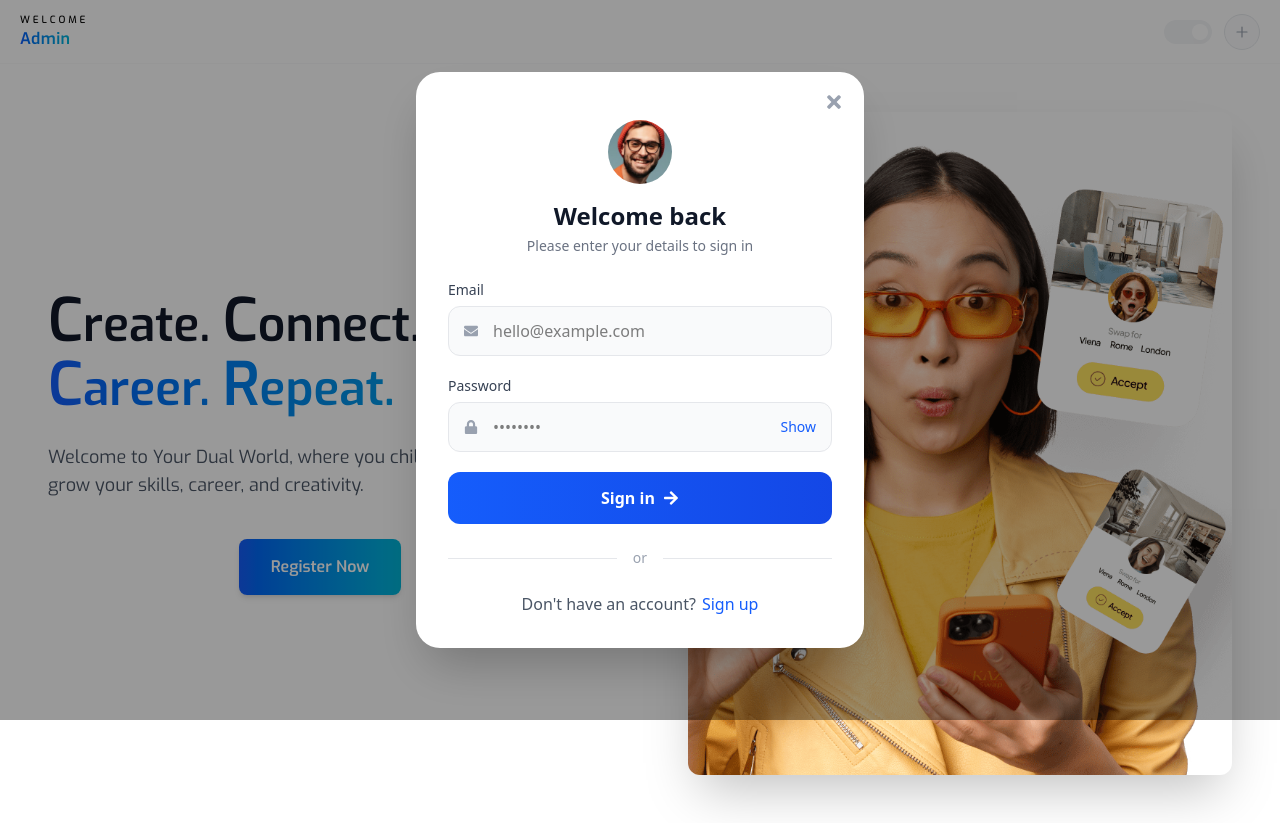
Repository: deepak445566/job
Page: / (app in frontend/), after clicking the first element matching `button.group`
An editor plug-in stored every save of this project. The page is shown before and after the next save, followed by the edit.
The browser window is 1280 px wide. The pictures show the whole page.
The page's requests for data from a server got no answer. Some web fonts or font styles are not loaded; a fallback is used. The project was rebuilt for these pictures with package versions that can differ from the ones it lists, and the page was loaded fresh each time. Some packages were replaced by stand-ins written for this rebuild. No one was signed in, and anything a server would have sent is missing. Also part of the build but not shown: frontend/vite.config.js, frontend/src/Components/study/StudyDashboard.jsx, frontend/src/Components/chill/ChillDashboard.jsx.

Above is the page before, as saved 2026-02-26 14:34:14.

### frontend/index.html
<!doctype html>
<html lang="en">
  <head>
    <meta charset="UTF-8" />
    <link rel="icon" type="image/svg+xml" href="/vite.svg" />
    <meta name="viewport" content="width=device-width, initial-scale=1.0" />
    <title>frontend</title>
    <link rel="preconnect" href="https://fonts.googleapis.com">
<link rel="preconnect" href="https://fonts.gstatic.com" crossorigin>
<link href="https://fonts.googleapis.com/css2?family=Exo:ital,wght@0,100..900;1,100..900&family=Playfair+Display:ital,wght@0,400..900;1,400..900&display=swap" rel="stylesheet">
  </head>
  <body>
    <div id="root"></div>
    <script type="module" src="/src/main.jsx"></script>
  </body>
</html>

### frontend/src/main.jsx
import { StrictMode } from 'react'
import { createRoot } from 'react-dom/client'
import './index.css'
import App from './App.jsx'
import {BrowserRouter} from 'react-router-dom'
import { AppContextProvider } from './context/AppContextProvider.jsx'




createRoot(document.getElementById('root')).render(
  <BrowserRouter>
  <AppContextProvider>
  <StrictMode>
    <App />
  </StrictMode>
  </AppContextProvider>
  </BrowserRouter>
)

### frontend/src/index.css
@import "tailwindcss";
.exo{
  font-family: "Exo", sans-serif;

  font-style: normal;
}

### frontend/src/App.jsx
import React from "react";
import Login from "./Components/auth/Login";
import { Route, Routes } from "react-router-dom";
import Dashboard from "./Components/Dashboard";
import { useAppContext } from "./context/AppContextProvider";
import Navbar from "./Components/common/Navbar";

function App() {
  const { showLogin } = useAppContext(); // user bhi lein context se

  return (
    <div>
      {/* Navbar hamesha dikhega */}
      <Navbar />

      {/* Login modal - tabhi dikhega jab showLogin true ho */}
      {showLogin && <Login />}

      <Routes>
        <Route path="/" element={<Dashboard />} />
      </Routes>
    </div>
  );
}

export default App;

### frontend/src/context/AppContextProvider.jsx
import { useContext, useEffect, useState } from "react";
import { useNavigate } from "react-router-dom";
import axios from "axios";
import { AppContext } from "./AppContext";
import toast from 'react-hot-toast';

axios.defaults.withCredentials = true;
axios.defaults.baseURL = import.meta.env.VITE_BACKEND_URL;
console.log("Base URL:", import.meta.env.VITE_BACKEND_URL);

export const AppContextProvider = ({ children }) => {
  const navigate = useNavigate();
  const [user, setUser] = useState(null);
  const [mode, setMode] = useState('chill'); // Default 'chill' ya 'study'
  const [showLogin, setShowLogin] = useState(false);
  const [loading, setLoading] = useState(true);

  const fetchUser = async () => {
    try {
      const { data } = await axios.get("/api/auth/isauth");
      if (data.success) {
        setUser(data.user);
        // User login hai toh uski mode fetch karo
        fetchUserMode();
      }
    } catch (error) {
      setUser(null);
    } finally {
      setLoading(false);
    }
  };

  // User ka mode fetch karne ka function
  const fetchUserMode = async () => {
    try {
      const { data } = await axios.get("/api/mode/");
      if (data.success) {
        setMode(data.mode);
      }
    } catch (error) {
      console.log("Error fetching mode:", error);
    }
  };

  // Mode toggle karne ka function
  const toggleMode = async () => {
    if (!user) {
      toast.error("Please login first");
      setShowLogin(true);
      return;
    }

    try {
      const { data } = await axios.put("/api/mode/switch");
      if (data.success) {
        setMode(data.mode);
        toast.success(data.message);
      }
    } catch (error) {
      toast.error(error.response?.data?.message || "Error switching mode");
    }
  };

  useEffect(() => {
    fetchUser();
  }, []);

  return (
    <AppContext.Provider
      value={{
        navigate,
        user,
        setUser,
        axios,
        setShowLogin,
        showLogin,
        mode,
        setMode,
        toggleMode,
        loading
      }}
    >
      {children}
    </AppContext.Provider>
  );
};

export const useAppContext = () => useContext(AppContext);

### frontend/src/Components/auth/Login.jsx
import React from "react";
import toast from "react-hot-toast";
import { useAppContext } from "../../context/AppContextProvider";
import {
  FaEnvelope,
  FaLock,
  FaTimes,
  FaArrowRight,
  FaUser,
} from "react-icons/fa";

function Login() {
  const { setShowLogin, setUser, axios, navigate } = useAppContext();
  const [state, setState] = React.useState("login");
  const [username, setUsername] = React.useState("");
  const [email, setEmail] = React.useState("");
  const [password, setPassword] = React.useState("");
  const [showPassword, setShowPassword] = React.useState(false);
  const [isLoading, setIsLoading] = React.useState(false);

  const onSubmitHandle = async (e) => {
    e.preventDefault();
    setIsLoading(true);

    try {
      let payload = {};

      if (state === "register") {
        payload = { username, email, password };
      } else {
        payload = { email, password };
      }

      const { data } = await axios.post(`/api/auth/${state}`, payload);

      if (data.success) {
        toast.success(
          state === "login"
            ? "Welcome back! 👋"
            : "Account created successfully! 🎉",
        );
        navigate("/");
        setUser(data.user);
        setShowLogin(false);
      } else {
        toast.error(data.message);
      }
    } catch (error) {
      toast.error(error.response?.data?.message || error.message);
    } finally {
      setIsLoading(false);
    }
  };

  return (
    <div
      onClick={() => setShowLogin(false)}
      className="fixed inset-0 z-50 flex items-center justify-center bg-black/40 p-4"
    >
      <div
        onClick={(e) => e.stopPropagation()}
        className="relative w-full max-w-md bg-white rounded-3xl shadow-2xl overflow-hidden animate-slideUp"
      >
        {/* Simple Close Button */}
        <button
          onClick={() => setShowLogin(false)}
          className="absolute top-5 right-5 text-gray-400 hover:text-gray-600 transition-colors z-10"
        >
          <FaTimes size={20} />
        </button>

        {/* Simple Header */}
        <div className="pt-12 pb-6 px-8 text-center">
          <div className="w-16 h-16 mx-auto mb-4 flex items-center justify-center">
         <img src="/images/log.jpg" className="rounded-full"/>
          </div>
          <h2 className="text-2xl font-semibold text-gray-900">
            {state === "login" ? "Welcome back" : "Create account"}
          </h2>
          <p className="text-gray-500 text-sm mt-1">
            {state === "login"
              ? "Please enter your details to sign in"
              : "Please fill in the details to get started"}
          </p>
        </div>

        {/* Form Section */}
        <div className="px-8 pb-8">
          <form onSubmit={onSubmitHandle} className="space-y-5">
            {state === "register" && (
              <div>
                <label className="block text-sm font-medium text-gray-700 mb-1.5">
                  Full Name
                </label>
                <div className="relative">
                  <FaUser className="absolute left-4 top-1/2 -translate-y-1/2 text-gray-400 text-sm" />
                  <input
                    type="text"
                    value={username}
                    onChange={(e) => setUsername(e.target.value)}
                    placeholder="John Doe"
                    className="w-full pl-11 pr-4 py-3 bg-gray-50 border border-gray-200 rounded-xl focus:bg-white focus:border-blue-500 focus:ring-1 focus:ring-blue-500 outline-none transition-all"
                    required
                  />
                </div>
              </div>
            )}

            <div>
              <label className="block text-sm font-medium text-gray-700 mb-1.5">
                Email
              </label>
              <div className="relative">
                <FaEnvelope className="absolute left-4 top-1/2 -translate-y-1/2 text-gray-400 text-sm" />
                <input
                  type="email"
                  value={email}
                  onChange={(e) => setEmail(e.target.value)}
                  placeholder="hello@example.com"
                  className="w-full pl-11 pr-4 py-3 bg-gray-50 border border-gray-200 rounded-xl focus:bg-white focus:border-blue-500 focus:ring-1 focus:ring-blue-500 outline-none transition-all"
                  required
                />
              </div>
            </div>

            <div>
              <label className="block text-sm font-medium text-gray-700 mb-1.5">
                Password
              </label>
              <div className="relative">
                <FaLock className="absolute left-4 top-1/2 -translate-y-1/2 text-gray-400 text-sm" />
                <input
                  type={showPassword ? "text" : "password"}
                  value={password}
                  onChange={(e) => setPassword(e.target.value)}
                  placeholder="••••••••"
                  className="w-full pl-11 pr-24 py-3 bg-gray-50 border border-gray-200 rounded-xl focus:bg-white focus:border-blue-500 focus:ring-1 focus:ring-blue-500 outline-none transition-all"
                  required
                />
                <button
                  type="button"
                  onClick={() => setShowPassword(!showPassword)}
                  className="absolute right-4 top-1/2 -translate-y-1/2 text-sm font-medium text-blue-600 hover:text-blue-700"
                >
                  {showPassword ? "Hide" : "Show"}
                </button>
              </div>
            </div>



            <button
              type="submit"
              disabled={isLoading}
              className="w-full py-3.5 px-4 bg-gradient-to-r from-blue-600 to-blue-700 hover:from-blue-700 hover:to-blue-800 text-white font-semibold rounded-xl transition-all transform hover:scale-[1.02] focus:ring-2 focus:ring-blue-500 focus:ring-offset-2 disabled:opacity-70 disabled:cursor-not-allowed flex items-center justify-center gap-2 group"
            >
              {isLoading ? (
                <div className="w-5 h-5 border-2 border-white border-t-transparent rounded-full animate-spin" />
              ) : (
                <>
                  <span>{state === "login" ? "Sign in" : "Create account"}</span>
                  <FaArrowRight className="group-hover:translate-x-1 transition-transform" />
                </>
              )}
            </button>

            {/* Divider */}
            <div className="relative my-6">
              <div className="absolute inset-0 flex items-center">
                <div className="w-full border-t border-gray-200"></div>
              </div>
              <div className="relative flex justify-center text-sm">
                <span className="px-4 bg-white text-gray-400">or</span>
              </div>
            </div>

            {/* Toggle between login/register */}
            <div className="text-center">
              <p className="text-gray-600">
                {state === "login" ? "Don't have an account?" : "Already have an account?"}
                <button
                  onClick={() => setState(state === "login" ? "register" : "login")}
                  className="ml-1.5 text-blue-600 hover:text-blue-700 font-medium"
                >
                  {state === "login" ? "Sign up" : "Sign in"}
                </button>
              </p>
            </div>
          </form>
        </div>
      </div>

      <style jsx>{`
        @keyframes slideUp {
          from {
            opacity: 0;
            transform: translateY(20px);
          }
          to {
            opacity: 1;
            transform: translateY(0);
          }
        }
        .animate-slideUp {
          animation: slideUp 0.4s ease-out;
        }
      `}</style>
    </div>
  );
}

export default Login;

### frontend/src/Components/Dashboard.jsx
// components/Dashboard.jsx
import React from 'react';
import { useAppContext } from '../context/AppContextProvider';
import StudyDashboard from './study/StudyDashboard';
import ChillDashboard from './chill/ChillDashboard';

function Dashboard() {
  const { mode, user, setShowLogin, loading } = useAppContext();

  // Loading state
  if (loading) {
    return (
      <div className="min-h-screen flex items-center justify-center">
        <div className="text-center">
          <div className="w-16 h-16 border-4 border-blue-500 border-t-transparent rounded-full animate-spin mx-auto mb-4"></div>
          <p className="text-gray-600">Loading dashboard...</p>
        </div>
      </div>
    );
  }

  // Agar user login nahi hai
  if (!user) {
    return (
     <div className="min-h-screen  flex items-center justify-center  exo">

      <div className=" w-full   rounded-2xl overflow-hidden flex flex-col md:flex-row">

        {/* Left side: Text and button */}
        <div className="w-full md:w-1/2 p-5 sm:p-10 lg:p-12 flex flex-col justify-center space-y-6">
          {/* Heading */}
          <h1 className="text-4xl sm:text-5xl font-semibold text-gray-900 leading-tight">
           <span className='text-6xl'>C</span>reate.  <span className='text-6xl'>C</span>onnect.
            <span className="text-transparent bg-clip-text bg-gradient-to-r from-blue-600 to-cyan-500 block ">
             <span className='text-6xl'>C</span>areer.  <span className='text-6xl exo'>R</span>epeat.
            </span>
          </h1>

          {/* Paragraph */}
          <p className="text-lg text-gray-600 ">
           Welcome to Your Dual World, where you chill, learn, connect, and grow your skills, career, and creativity.
          </p>

          {/* Register Now Button */}
          <div className="pt-4 flex justify-center">
            <button onClick={()=>setShowLogin(true)} className="px-8 py-4 bg-gradient-to-r from-blue-600 to-cyan-500 text-white font-semibold rounded-lg shadow-md hover:shadow-lg transform hover:scale-105 transition-all duration-300 ease-in-out focus:outline-none focus:ring-2 focus:ring-blue-400 focus:ring-offset-2">
              Register Now
            </button>
          </div>


        </div>

        {/* Right side: Image */}
        <div className="w-full md:w-1/2  flex items-center justify-center p-3 sm:p-10 lg:p-12">

          <img
            src="/images/m.png"
            alt="Hero visual representing our platform"
            className="w-full h-auto rounded-xl shadow-2xl object-cover transform hover:scale-105 transition-transform duration-500"
          />
        </div>
      </div>
    </div>
    );
  }

  // Mode ke hisaab se dashboard render karo
  return (
    <div className="transition-all duration-500">
      {mode === 'study' ? <StudyDashboard /> : <ChillDashboard />}
    </div>
  );
}

export default Dashboard;

### frontend/src/Components/common/Navbar.jsx
import React, { useState } from "react";
import { useAppContext } from "../../context/AppContextProvider";
import toast from "react-hot-toast";

function Navbar() {
  const { user, setUser, axios, setShowLogin, navigate, mode, toggleMode } =
    useAppContext();
  const [loggingOut, setLoggingOut] = useState(false);
  const [togglingMode, setTogglingMode] = useState(false);
  const [showProfileMenu, setShowProfileMenu] = useState(false);

  const handleLogout = async () => {
    try {
      setLoggingOut(true);
      const { data } = await axios.post("/api/auth/logout");
      if (data.success) {
        setUser(null);
        setShowLogin(true);
        toast.success("Logged out successfully");
        navigate("/");
      } else {
        toast.error(data.message || "Logout failed");
      }
    } catch (error) {
      toast.error(error.response?.data?.message || "Error logging out");
    } finally {
      setLoggingOut(false);
      setShowProfileMenu(false);
    }
  };

  const handleToggleMode = async () => {
    try {
      setTogglingMode(true);
      await toggleMode();
    } catch (error) {
      console.error("Error toggling mode:", error);
    } finally {
      setTogglingMode(false);
    }
  };

  const handleProfileClick = () => {
    if (user) {
      setShowProfileMenu(!showProfileMenu);
    } else {
      setShowLogin(true);
    }
  };

  // Get first letter of name for avatar
  const getInitial = () => {
    if (user?.username) return user.username[0].toUpperCase();
    if (user?.email) return user.email[0].toUpperCase();
    return 'K';
  };

  return (
    <nav className="bg-white/80 backdrop-blur-xl px-5 py-3 border-b border-gray-100/50 sticky top-0 z-50 exo">
      <div className="flex justify-between items-center max-w-7xl mx-auto">
        {/* Left Side - Minimal Luxury Greeting */}
        <div className="flex items-center gap-4">


          {/* Name with exquisite typography */}
          <div className="flex flex-col">
            <span className="text-[10px] uppercase tracking-[0.3em] text-black font-medium">
              Welcome
            </span>
            <div className="flex items-center gap-2">
              <span className="text-base font-semibold text-transparent bg-clip-text  bg-gradient-to-r from-blue-600 to-cyan-500 tracking-wide">
                {user?.username || user?.email?.split('@')[0] || 'Admin'}
              </span>
              {user && (
                <span className="w-1 h-1 bg-gray-300 rounded-full"></span>
              )}
            </div>
          </div>
        </div>

        {/* Right Side - Ultra Minimal Actions */}
        <div className="flex items-center gap-3">
          {/* Mode Toggle - Refined Switch */}
          <button
            onClick={handleToggleMode}
            disabled={togglingMode || !user}
            className={`relative w-12 h-6 rounded-full transition-all duration-700 ${
              user
                ? mode === 'study'
                  ? 'bg-gray-900'
                  : 'bg-gray-400'
                : 'bg-gray-100 cursor-not-allowed'
            }`}
            title={!user ? "Login to switch mode" : `Switch to ${mode === 'study' ? 'Chill' : 'Study'}`}
          >
            <span
              className={`absolute top-1 left-1 w-4 h-4 bg-white rounded-full shadow-xl transform transition-all duration-500 ease-in-out ${
                mode === 'chill' ? 'translate-x-6' : ''
              }`}
            />
          </button>

          {/* Profile - Museum Quality */}
          <div className="relative">
            <button
              onClick={handleProfileClick}
              className="group relative focus:outline-none"
            >
              {/* Ultra subtle ring */}
              {user && (
                <div className="absolute -inset-0.5 bg-gradient-to-r from-gray-200 to-gray-300 rounded-full opacity-0 group-hover:opacity-100 transition-opacity duration-500 blur-[1px]"></div>
              )}

              {/* Minimal Avatar */}
              <div className={`relative w-9 h-9 rounded-full flex items-center justify-center transition-all duration-300 ${
                user
                  ? 'bg-gray-900 text-white border border-white/20'
                  : 'bg-gray-50 text-gray-400 border border-gray-200'
              }`}>
                {user ? (
                  <span className="text-xs font-light tracking-wider">{getInitial()}</span>
                ) : (
                  <svg width="16" height="16" viewBox="0 0 16 16" fill="none" xmlns="http://www.w3.org/2000/svg">
                    <path d="M8 3V13M3 8H13" stroke="currentColor" strokeWidth="1.2" strokeLinecap="round"/>
                  </svg>
                )}
              </div>
            </button>

            {/* Profile Menu - Minimal Luxury Dropdown */}
            {showProfileMenu && user && (
              <>
                {/* Backdrop */}
                <div
                  className="fixed inset-0 z-40"
                  onClick={() => setShowProfileMenu(false)}
                />

                {/* Menu Card - Like a luxury boutique */}
                <div className="absolute right-0 mt-3 w-56 bg-white/95 backdrop-blur-xl rounded-2xl shadow-[0_20px_40px_-15px_rgba(0,0,0,0.1)] border border-gray-100/80 z-50 overflow-hidden">
                  {/* User Info - Minimal */}
                  <div className="px-5 py-4 border-b border-gray-100/50">
                    <p className="text-xs text-gray-400 uppercase tracking-[0.2em] mb-2 font-light">
                      Account
                    </p>
                    <p className="text-sm font-medium text-gray-900 mb-0.5">
                      {user.username || 'User'}
                    </p>
                    <p className="text-xs text-gray-400 truncate font-light">
                      {user.email || 'user@example.com'}
                    </p>
                  </div>

                  {/* Menu Items - Refined */}
                  <div className="p-2">
                    <button
                      onClick={() => {
                        setShowProfileMenu(false);
                        navigate('/profile');
                      }}
                      className="w-full px-4 py-2.5 text-left hover:bg-gray-50/80 rounded-xl transition-all duration-200 flex items-center gap-3 text-gray-600 group"
                    >
                      <span className="text-sm opacity-50 group-hover:opacity-100 transition-opacity">👤</span>
                      <span className="text-xs font-light tracking-wide">Profile</span>
                    </button>

                    <button
                      onClick={() => {
                        setShowProfileMenu(false);
                        navigate('/settings');
                      }}
                      className="w-full px-4 py-2.5 text-left hover:bg-gray-50/80 rounded-xl transition-all duration-200 flex items-center gap-3 text-gray-600 group"
                    >
                      <span className="text-sm opacity-50 group-hover:opacity-100 transition-opacity">⚙️</span>
                      <span className="text-xs font-light tracking-wide">Settings</span>
                    </button>

                    <div className="h-px bg-gray-100/50 my-2"></div>

                    <button
                      onClick={handleLogout}
                      disabled={loggingOut}
                      className="w-full px-4 py-2.5 text-left hover:bg-red-50/50 rounded-xl transition-all duration-200 flex items-center gap-3 text-red-400 group"
                    >
                      <span className="text-sm opacity-50 group-hover:opacity-100 transition-opacity">🚪</span>
                      <span className="text-xs font-light tracking-wide flex-1">
                        {loggingOut ? "Exiting..." : "Sign out"}
                      </span>
                      {loggingOut && (
                        <span className="w-3 h-3 border border-red-300 border-t-transparent rounded-full animate-spin" />
                      )}
                    </button>
                  </div>
                </div>
              </>
            )}
          </div>
        </div>
      </div>
    </nav>
  );
}

export default Navbar;

Loaded but not shown: frontend/src/context/AppContext.jsx (common file)

After the next save:
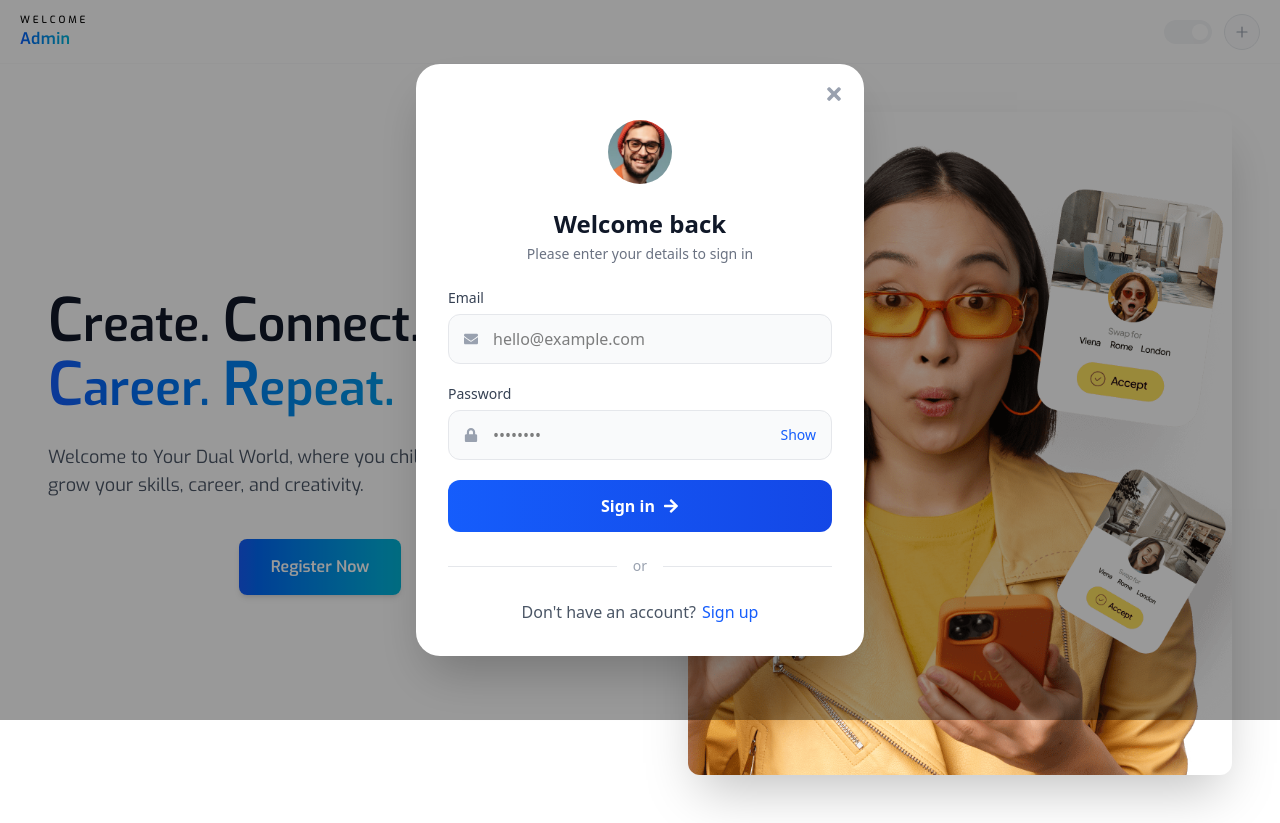
Saved 7 s later.
--- a/frontend/src/Components/auth/Login.jsx
+++ b/frontend/src/Components/auth/Login.jsx
@@ -71,7 +71,7 @@ function Login() {
 
         {/* Simple Header */}
         <div className="pt-12 pb-6 px-8 text-center">
-          <div className="w-16 h-16 mx-auto mb-4 flex items-center justify-center">
+          <div className="w-16 h-20 mx-auto mb-4 flex items-center justify-center">
          <img src="/images/log.jpg" className="rounded-full"/>
           </div>
           <h2 className="text-2xl font-semibold text-gray-900">
